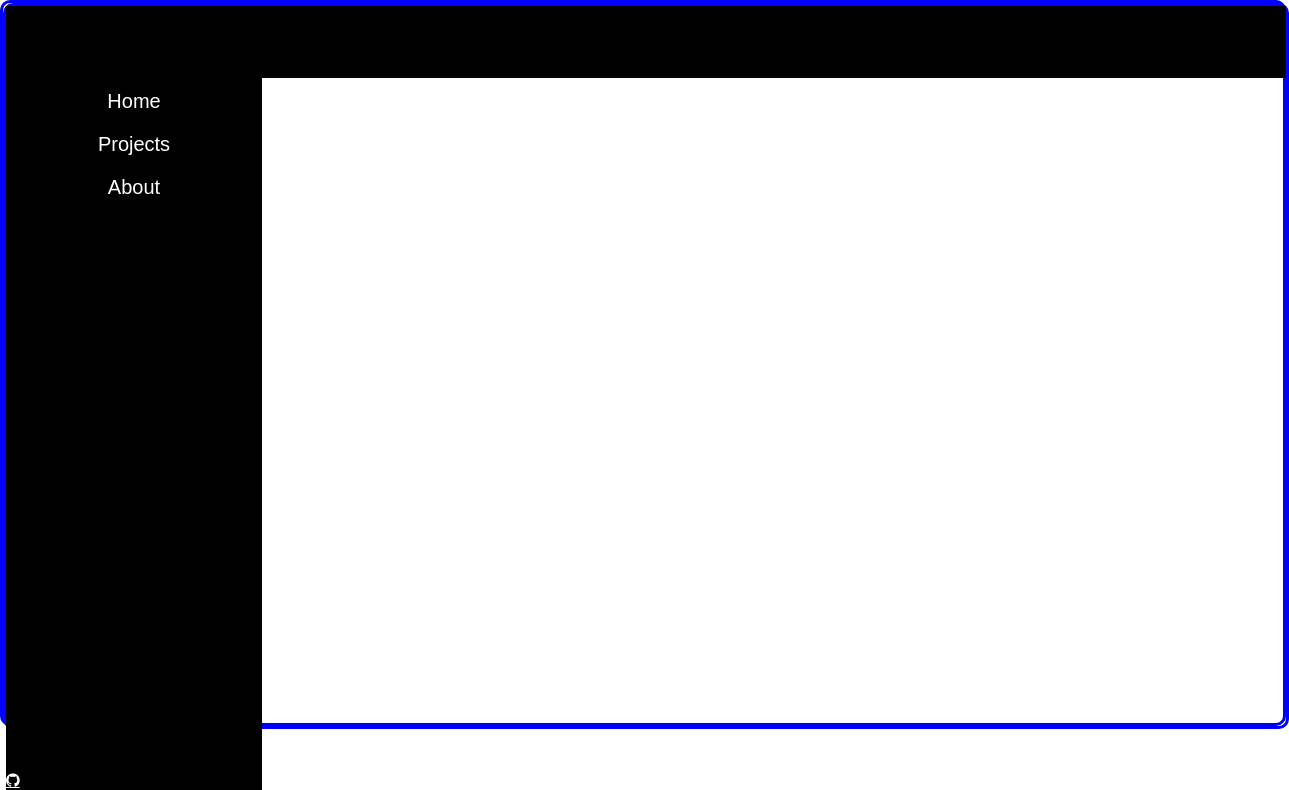
Repository: josephinel6/josephinel6.github.io
Page: index.html
The author's editor kept a copy of each file at every save. The page is drawn from the files as they stood at one save, then again after the next save.
The browser window is 1280 px wide. The page is 1289 px wide, so the pictures cover 1289 px, including what lies to the right of the window. The pictures show the whole page.

Above is the page before, as saved 2023-04-04 10:47:16.

After the next save:
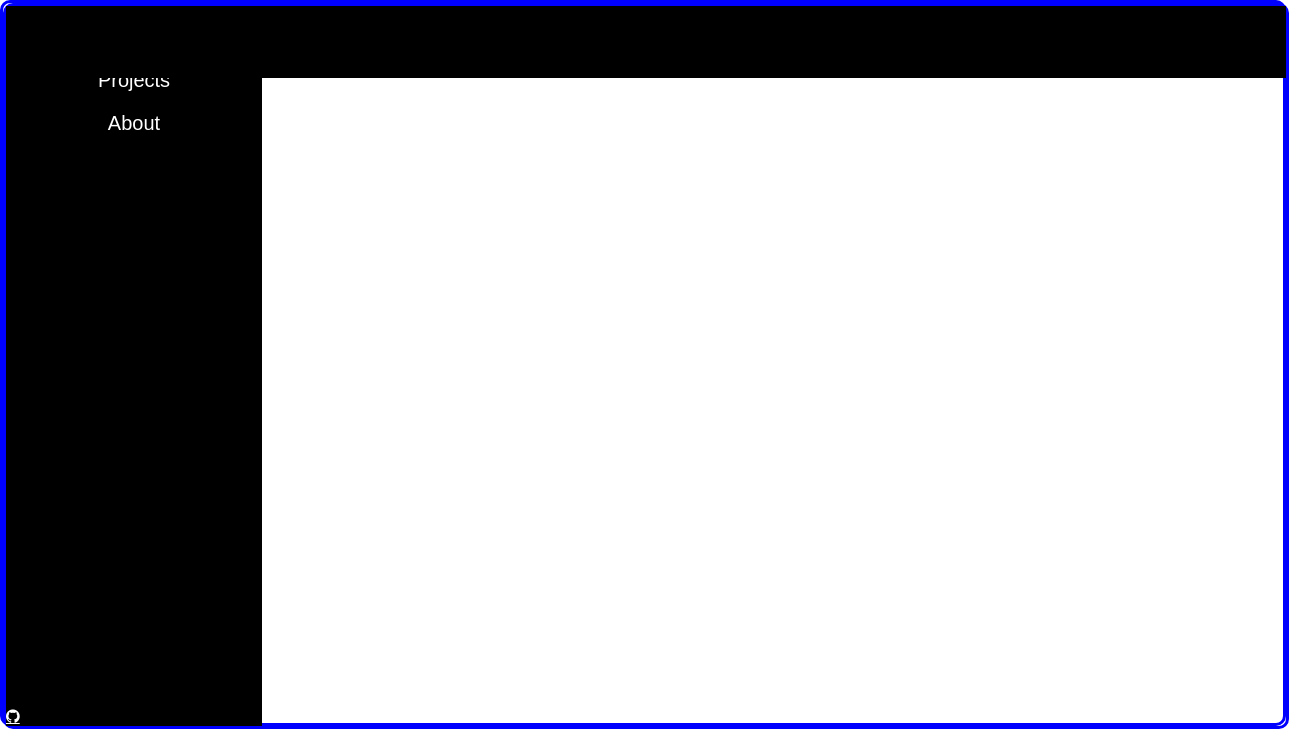
Saved 6 s later.
--- a/index.html
+++ b/index.html
@@ -32,7 +32,6 @@
         #menu {
             height: 100%;
             width: 20%;
-            padding-top: 5%;
             position: absolute;
             top: 0;
             bottom: 0;
